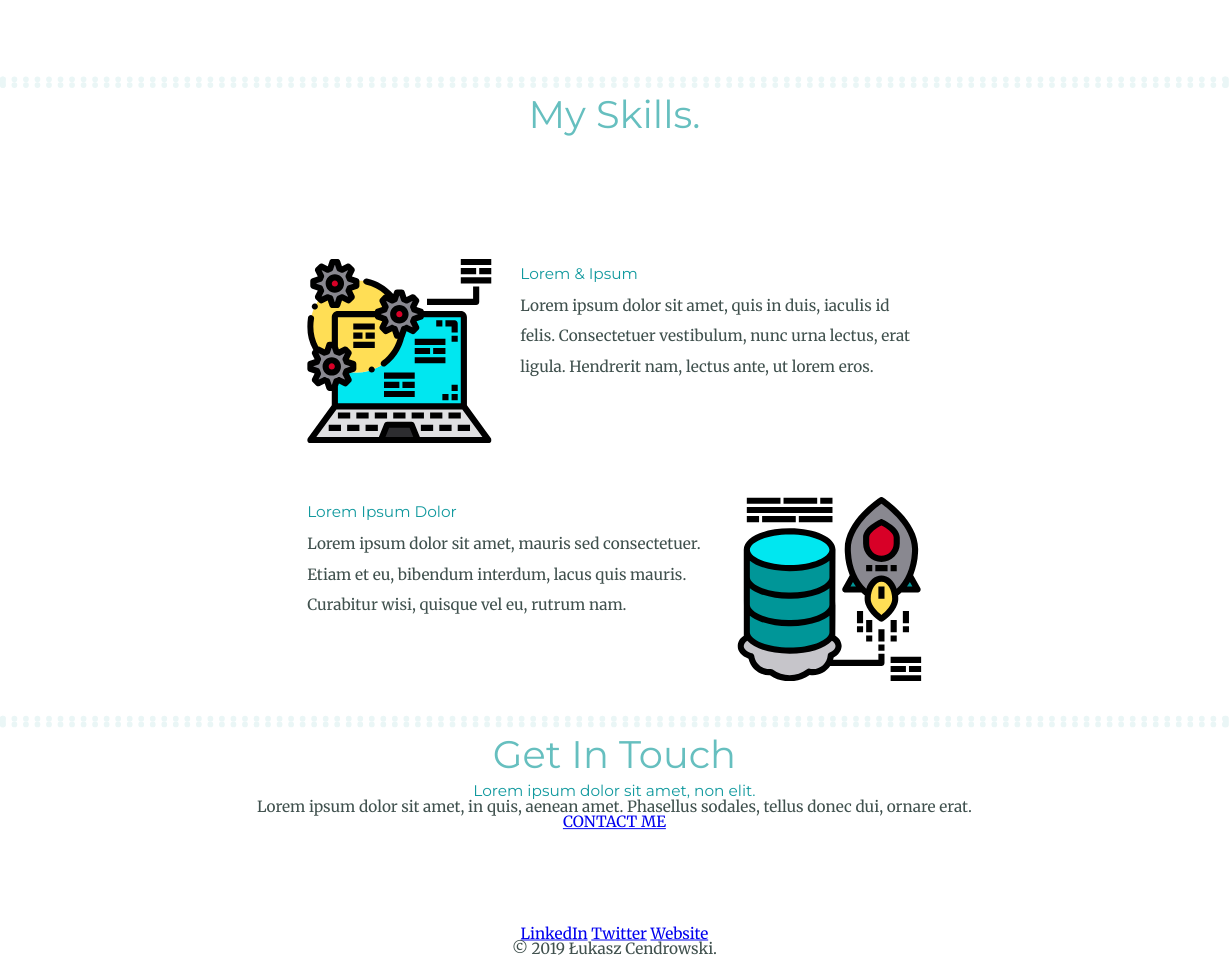
Repository: Isanderr/simple_landing_page-1
Page: index.html
An editor plug-in stored every save of this project. The page is shown before and after the next save, followed by the edit.
The browser window is 1280 px wide. The pictures show the part of the page from y = 958 to 1956 px (the page is 1956 px tall before and 1944 px after), at 96% of full size.
A picture or video elsewhere on the page could not be fetched, so the positions and the page height are approximate.

Above is the page before, as saved 2019-02-01 17:45:29.

### index.html
<!DOCTYPE html>
<html lang="en">

    <head>
        <meta charset="UTF-8">
        <meta name="viewport" content="width=device-width, initial-scale=1.0">
        <meta http-equiv="X-UA-Compatible" content="ie=edge">
        <title>CendrowskiL</title>
        <link rel="stylesheet" href="css/reset.css">
        <link rel="stylesheet" href="css/styles.css">
        <link rel="shortcut icon" href="img/favicon.ico" type="image/x-icon">
        <link href="https://fonts.googleapis.com/css?family=Merriweather|Montserrat|Sacramento" rel="stylesheet">
    </head>

    <body>
    </body>
    <div class="top-container">
        <img class="top-cloud" src="img/cloud.png" alt="cloud-image">
        <h1>I'm Luke</h1>
        <h2>a <span class="pro">pro</span>grammer.</h2>
        <img class="bottom-cloud" src="img/cloud.png" alt="cloud-image">
        <img src="img/mountain.png" alt="mountain-image">
    </div>
    <div class="middle-container">
        <div class="profile">
            <img src="img/man.svg" alt="man" class="man-img">
            <h2>Hello.</h2>
            <p class="intro">Lorem ipsum dolor sit amet, vitae volutpat, dui conubia, dolor urna. Non auctor, montes
                nulla distinctio.</p>
        </div>
        <hr>
        <div class="skills">
            <h2>My Skills.</h2>
            <div class="skill-row">
                <img class="computer-img" src="img/optimize.svg" alt="computer">
                <h3>Lorem & Ipsum</h3>
                <p>Lorem ipsum dolor sit amet, quis in duis, iaculis id felis. Consectetuer vestibulum, nunc urna
                    lectus, erat ligula. Hendrerit nam, lectus ante, ut lorem eros.</p>
            </div>
            <div class="skill-row">
                <img src="img/hosting.svg" class="hosting-img" alt="rocket-databes">
                <h3>Lorem Ipsum Dolor</h3>
                <p>Lorem ipsum dolor sit amet, mauris sed consectetuer. Etiam et eu, bibendum interdum, lacus quis
                    mauris. Curabitur wisi, quisque vel eu, rutrum nam.</p>
            </div>
        </div>
        <hr>
        <div class="contact-me">
            <h2>Get In Touch</h2>
            <h3>Lorem ipsum dolor sit amet, non elit.</h3>
            <p>Lorem ipsum dolor sit amet, in quis, aenean amet. Phasellus sodales, tellus donec dui, ornare erat.</p>
            <a class="btn" href="mailto:name@email.com">CONTACT ME</a>
        </div>
    </div>
    <div class="bottom-container">
        <a class="footer-link" href="https://www.linkedin.com/">LinkedIn</a>
        <a class="footer-link" href="https://twitter.com/">Twitter</a>
        <a class="footer-link" href="https://www.appbrewery.co/">Website</a>
        <p>© 2019 Łukasz Cendrowski.</p>
    </div>
    </body>

</html>

### css/styles.css
/* font-family: 'Merriweather', serif;
font-family: 'Sacramento', cursive;
font-family: 'Montserrat', sans-serif; */

body{
    color: #40514E;
    margin: 0;
    text-align: center;
    font-family: 'Merriweather', serif;
}

h1 {
    color: #66bfbf;
    margin-top: 50px auto 0 auto;
    font-family: 'Sacramento', cursive;
    font-size: 5.625rem;
}
h2 {
    font-size: 2.5rem;
    font-family: 'Montserrat', sans-serif;
    color: #66bfbf;
    font-weight: normal;
    padding-bottom: 10px;
}
h3 {
    font-family: 'Montserrat', sans-serif;
    color: #11999E;
}

hr {
    border: dotted #EAF6F6 6px;
}


.top-container {
background-color: #E4f9f5;
position: relative;
padding-top: 100px;
}
.middle-container {
margin: 100px 0;
}
.contact-me{

}
.bottom-container {

}

.pro {
    text-decoration: underline;
}



.top-cloud{
position: absolute;
right: 35%;
top: 5%;
}
.bottom-cloud {
position: absolute;
left: 20%;
bottom: 50%;
}

.profile {
    width: 50%;
    margin: auto;
    margin: 100px auto 100px auto;
    line-height: 2;
}

.skill-row {
    width: 50%;
    margin: auto;
    margin: 120px auto 100px auto;
    text-align: left;
    line-height: 2;
}

.man-img {
width: 30%;
}

.computer-img {
    width: 30%;
    float: left;
    margin-right: 30px;
}

.hosting-img {
    width: 30%;
    float: right;
    margin-left: 30px;
}

Loaded but not shown: css/reset.css (common file)

After the next save:
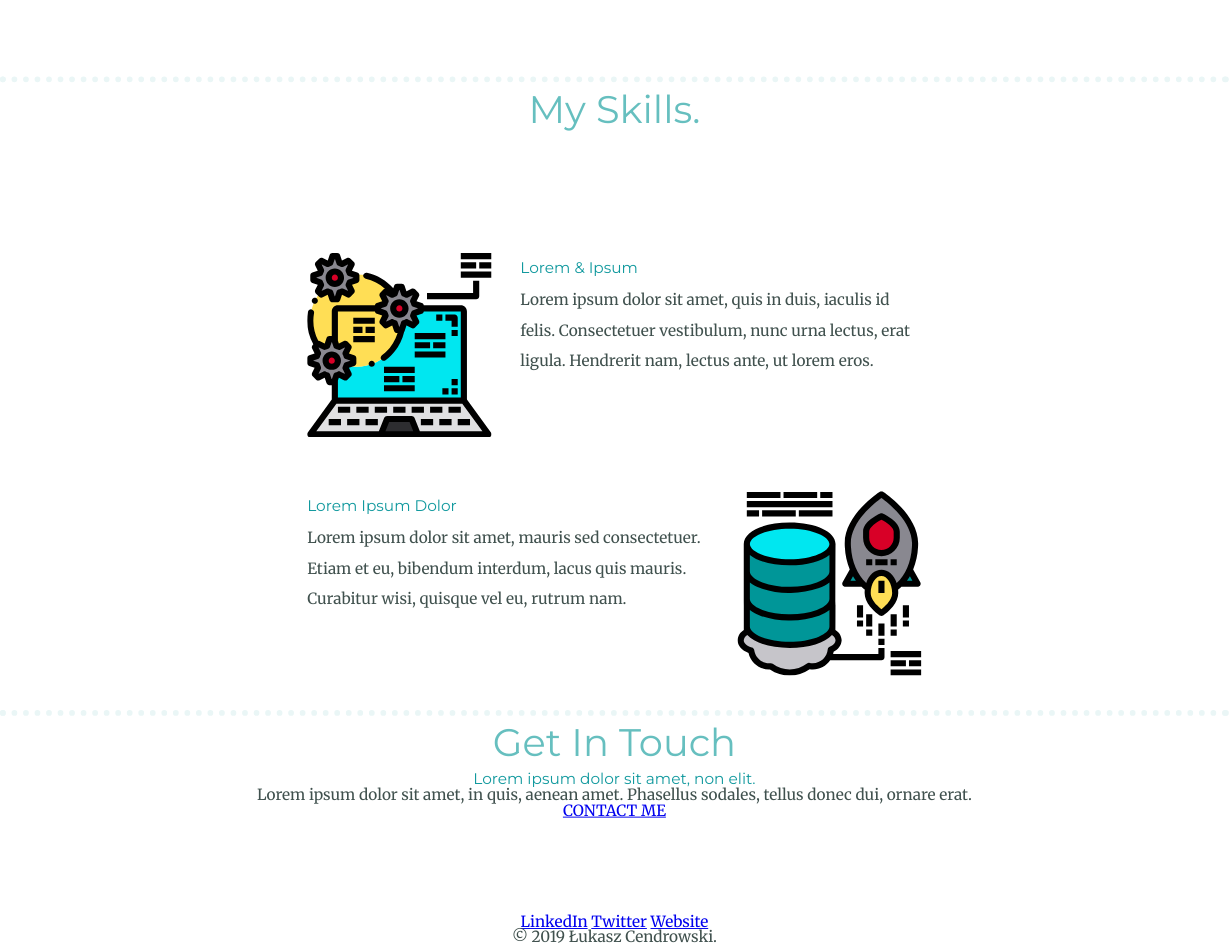
Saved 10 s later.
--- a/css/styles.css
+++ b/css/styles.css
@@ -29,6 +29,7 @@ h3 {
 
 hr {
     border: dotted #EAF6F6 6px;
+    border-bottom: none;
 }
 
 
